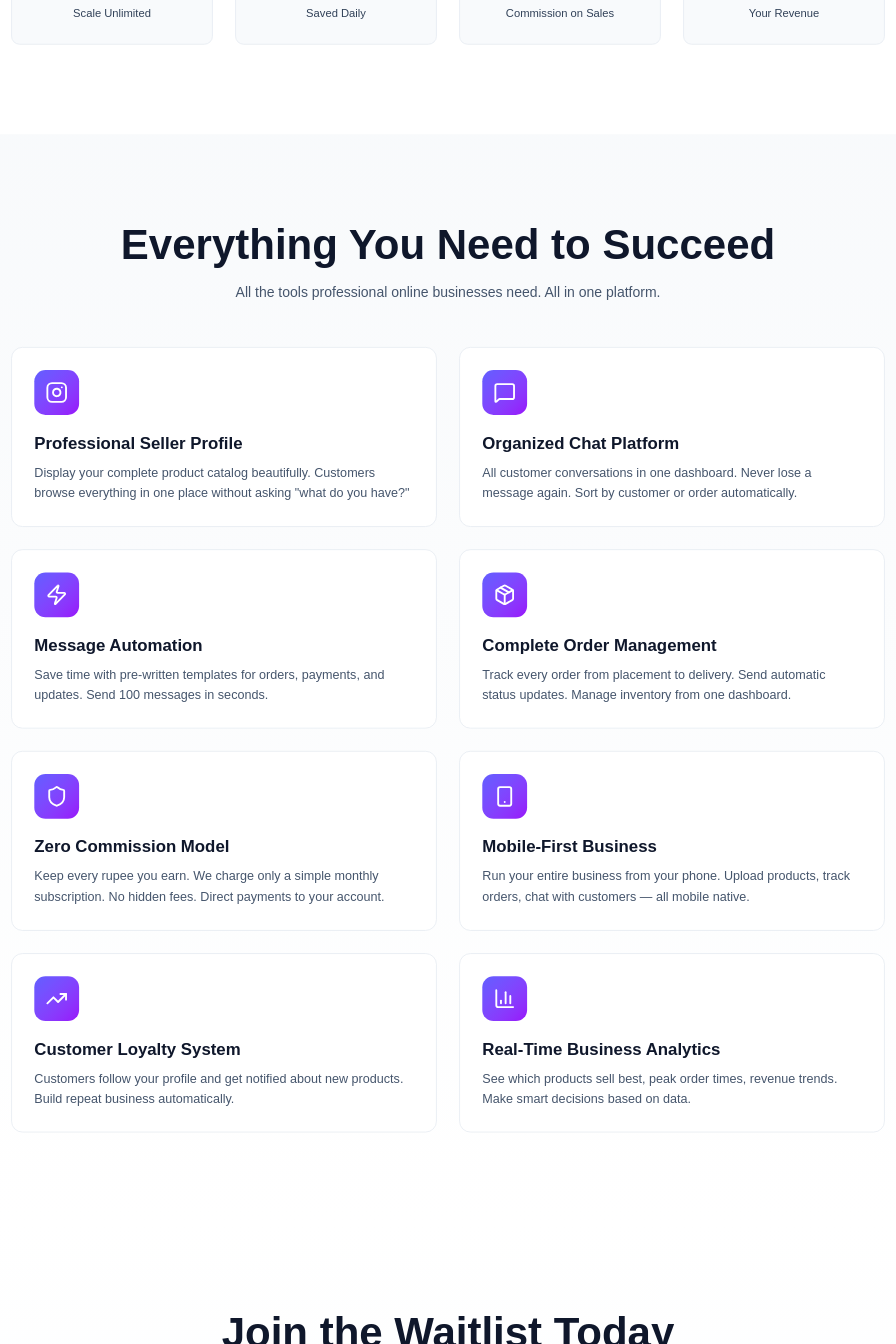
Repository: vikkii2005/asvalue-waitlist
Page: /
An editor plug-in stored every save of this project. The page is shown before and after the next save, followed by the edit.
The browser window is 1280 px wide. The pictures show the part of the page from y = 2364 to 4284 px (the page is 5577 px tall), at 70% of full size.
The page's requests for data from a server got no answer. The project was rebuilt for these pictures with package versions that can differ from the ones it lists, and the page was loaded fresh each time. The framework's server and built-in components were replaced by stand-ins that run in the browser. No one was signed in, and anything a server would have sent is missing. Also part of the build but not shown: next.config.ts, components/ReferralDashboard.tsx.

Above is the page before, as saved 2025-10-31 09:58:56.

### app/layout.tsx
import { Analytics } from '@vercel/analytics/react'
import type { Metadata } from 'next'
import type { ReactNode } from 'react'
import './globals.css'

export const metadata: Metadata = {
  title: 'AsValue - Professional WhatsApp Business Platform',
  description: 'Sell professionally on WhatsApp with automated templates, order tracking, and zero commission. Join the waitlist today.',
  openGraph: {
    title: 'AsValue - Professional WhatsApp Selling',
    description: 'Zero commission WhatsApp selling platform',
    url: 'https://asvalue.com',
  },
}

export default function RootLayout({
  children,
}: {
  children: ReactNode
}) {
  return (
    <html lang="en" suppressHydrationWarning>
      <head>
        <meta charSet="utf-8" />
        <meta name="viewport" content="width=device-width, initial-scale=1" />
      </head>
      <body className="antialiased bg-white text-slate-900">
        {children}
        <Analytics />
      </body>
    </html>
  )
}

### app/page.tsx
import Hero from '@/components/Hero'
import ProblemSolution from '@/components/ProblemSolution'
import Features from '@/components/Features'
import WaitlistForm from '@/components/WaitlistForm'

export default function Home() {
  return (
    <main className="min-h-screen bg-white">
      <Hero />
      <ProblemSolution />
      <Features />
      <WaitlistForm />

      {/* Footer */}
      <footer className="bg-slate-900 text-white py-16 px-4">
        <div className="max-w-6xl mx-auto">
          <div className="grid md:grid-cols-3 gap-12 mb-12">
            <div>
              <h3 className="text-2xl font-bold mb-4 bg-linear-to-r from-indigo-400 to-purple-400 bg-clip-text text-transparent">
                AsValue
              </h3>
              <p className="text-slate-400">
                Professional platform for selling online. Zero commission. Built for your success.
              </p>
            </div>
            <div>
              <h4 className="font-semibold mb-4 text-white">Features</h4>
              <ul className="text-slate-400 space-y-2 text-sm">
                <li>• Seller Profiles</li>
                <li>• Chat Platform</li>
                <li>• Order Management</li>
                <li>• Analytics</li>
              </ul>
            </div>
            <div>
              <h4 className="font-semibold mb-4 text-white">Company</h4>
              <ul className="text-slate-400 space-y-2 text-sm">
                <li>• Privacy Policy</li>
                <li>• Terms of Service</li>
                <li>• Contact Us</li>
              </ul>
            </div>
          </div>
          <div className="border-t border-slate-800 pt-8 text-center">
            <p className="text-slate-500 text-sm">
              © 2025 AsValue. All rights reserved.
            </p>
          </div>
        </div>
      </footer>
    </main>
  )
}

### components/Hero.tsx
'use client'

import { ArrowRight, MessageCircle } from 'lucide-react'

export default function Hero() {
  return (
    <section className="relative min-h-screen flex items-center justify-center bg-linear-to-b from-slate-50 via-white to-slate-50 px-4 py-20 overflow-hidden">
      {/* Background Gradient Orbs */}
      <div className="absolute top-0 left-1/4 w-96 h-96 bg-indigo-200 rounded-full mix-blend-multiply filter blur-3xl opacity-20 animate-blob"></div>
      <div className="absolute top-0 right-1/4 w-96 h-96 bg-purple-200 rounded-full mix-blend-multiply filter blur-3xl opacity-20 animate-blob animation-delay-2000"></div>

      <div className="relative max-w-6xl mx-auto w-full">
        {/* Main Content */}
        <div className="text-center max-w-5xl mx-auto">
          <div className="inline-flex items-center gap-2 bg-indigo-100 px-4 py-2 rounded-full mb-8">
            <MessageCircle className="w-4 h-4 text-indigo-600" />
            <span className="text-sm font-semibold text-indigo-600">Professional Selling Platform</span>
          </div>

          <h1 className="text-6xl md:text-7xl lg:text-8xl font-bold text-slate-900 mb-8 leading-tight">
            Stop Selling Unprofessionally
            <br />
            <span className="bg-linear-to-r from-indigo-600 via-purple-600 to-blue-600 bg-clip-text text-transparent">
              Everywhere
            </span>
          </h1>

          <p className="text-lg md:text-2xl text-slate-600 mb-6 max-w-4xl mx-auto leading-relaxed">
            Whether you're on WhatsApp, Instagram, or Telegram - AsValue gives you one independent platform to sell professionally and keep 100% of your revenue.
          </p>

          <p className="text-lg text-slate-500 mb-12 max-w-3xl mx-auto">
            Built for online sellers everywhere who are tired of scattered messages and unprofessional sales.
          </p>

          {/* CTA Buttons */}
          <div className="flex flex-col sm:flex-row items-center justify-center gap-4 mb-16">
            <button
              onClick={() => document.getElementById('waitlist-form')?.scrollIntoView({ behavior: 'smooth' })}
              className="group bg-indigo-600 hover:bg-indigo-700 text-white px-10 py-5 rounded-xl font-semibold text-lg flex items-center gap-2 transition-all shadow-lg hover:shadow-xl transform hover:scale-105"
            >
              Join Waitlist Now
              <ArrowRight className="w-5 h-5 group-hover:translate-x-1 transition-transform" />
            </button>
            <button
              onClick={() => document.getElementById('problems')?.scrollIntoView({ behavior: 'smooth' })}
              className="bg-white hover:bg-slate-50 text-slate-700 border-2 border-slate-300 px-10 py-5 rounded-xl font-semibold text-lg transition-all shadow-sm hover:shadow-md"
            >
              See Why It Works
            </button>
          </div>

          {/* Trust Indicators */}
          <div className="flex flex-col sm:flex-row items-center justify-center gap-6 text-sm text-slate-600">
            <div className="flex items-center gap-2">
              <div className="w-2 h-2 bg-green-500 rounded-full"></div>
              <span>No Credit Card Needed</span>
            </div>
            <div className="flex items-center gap-2">
              <div className="w-2 h-2 bg-green-500 rounded-full"></div>
              <span>Free to Join Waitlist</span>
            </div>
            <div className="flex items-center gap-2">
              <div className="w-2 h-2 bg-green-500 rounded-full"></div>
              <span>Early Member Exclusive Benefits</span>
            </div>
          </div>
        </div>
      </div>
    </section>
  )
}

### components/ProblemSolution.tsx
import { AlertCircle, CheckCircle2 } from 'lucide-react'

const problems = [
  {
    problem: 'Customers scattered across WhatsApp, Instagram, Telegram',
    solution: 'One centralized independent platform for all your customers'
  },
  {
    problem: 'Unprofessional image when selling in DMs and comments',
    solution: 'Professional seller profile that builds trust instantly'
  },
  {
    problem: 'Products lost in message chaos - no real catalog',
    solution: 'Professional product catalog customers actually browse'
  },
  {
    problem: 'Payment platforms take 2-5% commission per sale',
    solution: 'Direct payments to your account - zero commission'
  },
  {
    problem: 'No way to track orders or manage inventory across platforms',
    solution: 'Complete dashboard for inventory and order management'
  },
  {
    problem: 'Customers asking same questions repeatedly',
    solution: 'Automated templates save hours and scale your sales'
  }
]

export default function ProblemSolution() {
  return (
    <section id="problems" className="py-32 px-4 bg-white">
      <div className="max-w-7xl mx-auto">
        <div className="text-center mb-16">
          <h2 className="text-5xl md:text-6xl font-bold text-slate-900 mb-6">
            Social Sellers Face Real Challenges
          </h2>
          <p className="text-xl text-slate-600 max-w-3xl mx-auto">
            Selling on WhatsApp, Instagram, or Telegram is limiting. AsValue solves these exact problems.
          </p>
        </div>

        <div className="space-y-6">
          {problems.map((item, index) => (
            <div
              key={index}
              className="grid md:grid-cols-2 gap-8 bg-gradient-to-r from-slate-50 to-slate-100 rounded-2xl p-8 border border-slate-200 hover:border-indigo-300 hover:shadow-lg transition-all"
            >
              {/* Problem */}
              <div className="flex gap-4">
                <div className="shrink-0 pt-1">
                  <div className="w-12 h-12 bg-red-100 rounded-xl flex items-center justify-center">
                    <AlertCircle className="w-6 h-6 text-red-600" />
                  </div>
                </div>
                <div>
                  <p className="font-semibold text-slate-900 text-lg mb-2">The Problem</p>
                  <p className="text-slate-700 text-base leading-relaxed">{item.problem}</p>
                </div>
              </div>

              {/* Solution */}
              <div className="flex gap-4">
                <div className="shrink-0 pt-1">
                  <div className="w-12 h-12 bg-green-100 rounded-xl flex items-center justify-center">
                    <CheckCircle2 className="w-6 h-6 text-green-600" />
                  </div>
                </div>
                <div>
                  <p className="font-semibold text-indigo-600 text-lg mb-2">AsValue Solution</p>
                  <p className="text-slate-700 text-base leading-relaxed">{item.solution}</p>
                </div>
              </div>
            </div>
          ))}
        </div>

        {/* Stats */}
        <div className="grid grid-cols-1 md:grid-cols-4 gap-8 mt-20">
          <div className="text-center p-8 bg-slate-50 rounded-xl border border-slate-200">
            <div className="text-5xl font-bold text-indigo-600 mb-2">∞</div>
            <div className="text-slate-700 font-medium">Scale Unlimited</div>
          </div>
          <div className="text-center p-8 bg-slate-50 rounded-xl border border-slate-200">
            <div className="text-5xl font-bold text-indigo-600 mb-2">5hrs</div>
            <div className="text-slate-700 font-medium">Saved Daily</div>
          </div>
          <div className="text-center p-8 bg-slate-50 rounded-xl border border-slate-200">
            <div className="text-5xl font-bold text-indigo-600 mb-2">0%</div>
            <div className="text-slate-700 font-medium">Commission on Sales</div>
          </div>
          <div className="text-center p-8 bg-slate-50 rounded-xl border border-slate-200">
            <div className="text-5xl font-bold text-indigo-600 mb-2">100%</div>
            <div className="text-slate-700 font-medium">Your Revenue</div>
          </div>
        </div>
      </div>
    </section>
  )
}

### components/Features.tsx
import { Instagram, MessageSquare, Zap, Package, Shield, Smartphone, TrendingUp, BarChart3 } from 'lucide-react'

const features = [
  {
    icon: Instagram,
    title: 'Professional Seller Profile',
    description: 'Display your complete product catalog beautifully. Customers browse everything in one place without asking "what do you have?"'
  },
  {
    icon: MessageSquare,
    title: 'Organized Chat Platform',
    description: 'All customer conversations in one dashboard. Never lose a message again. Sort by customer or order automatically.'
  },
  {
    icon: Zap,
    title: 'Message Automation',
    description: 'Save time with pre-written templates for orders, payments, and updates. Send 100 messages in seconds.'
  },
  {
    icon: Package,
    title: 'Complete Order Management',
    description: 'Track every order from placement to delivery. Send automatic status updates. Manage inventory from one dashboard.'
  },
  {
    icon: Shield,
    title: 'Zero Commission Model',
    description: 'Keep every rupee you earn. We charge only a simple monthly subscription. No hidden fees. Direct payments to your account.'
  },
  {
    icon: Smartphone,
    title: 'Mobile-First Business',
    description: 'Run your entire business from your phone. Upload products, track orders, chat with customers — all mobile native.'
  },
  {
    icon: TrendingUp,
    title: 'Customer Loyalty System',
    description: 'Customers follow your profile and get notified about new products. Build repeat business automatically.'
  },
  {
    icon: BarChart3,
    title: 'Real-Time Business Analytics',
    description: 'See which products sell best, peak order times, revenue trends. Make smart decisions based on data.'
  }
]

export default function Features() {
  return (
    <section id="features" className="py-32 px-4 bg-linear-to-b from-slate-50 to-white">
      <div className="max-w-7xl mx-auto">
        <div className="text-center mb-16">
          <h2 className="text-5xl md:text-6xl font-bold text-slate-900 mb-6">
            Everything You Need to Succeed
          </h2>
          <p className="text-xl text-slate-600 max-w-3xl mx-auto">
            All the tools professional online businesses need. All in one platform.
          </p>
        </div>

        <div className="grid md:grid-cols-2 gap-8">
          {features.map((feature, index) => (
            <div
              key={index}
              className="bg-white p-8 rounded-2xl border border-slate-200 hover:border-indigo-300 hover:shadow-xl transition-all group"
            >
              <div className="shrink-0 mb-6">
                <div className="w-16 h-16 bg-linear-to-br from-indigo-500 to-purple-600 rounded-2xl flex items-center justify-center group-hover:scale-110 transition-transform">
                  <feature.icon className="w-8 h-8 text-white" />
                </div>
              </div>
              <h3 className="text-2xl font-bold text-slate-900 mb-3">{feature.title}</h3>
              <p className="text-slate-600 text-lg leading-relaxed">{feature.description}</p>
            </div>
          ))}
        </div>
      </div>
    </section>
  )
}

### lib/supabase.ts
import { createClient, SupabaseClient } from '@supabase/supabase-js'

const supabaseUrl = process.env.NEXT_PUBLIC_SUPABASE_URL
const supabaseAnonKey = process.env.NEXT_PUBLIC_SUPABASE_ANON_KEY

// Properly typed Supabase client
const supabase: SupabaseClient | null =
  typeof window !== 'undefined' && supabaseUrl && supabaseAnonKey
    ? createClient(supabaseUrl, supabaseAnonKey)
    : null

export { supabase }

Loaded but not shown: app/globals.css (common file); components/WaitlistForm.tsx (235 lines, source omitted)

After the next save:
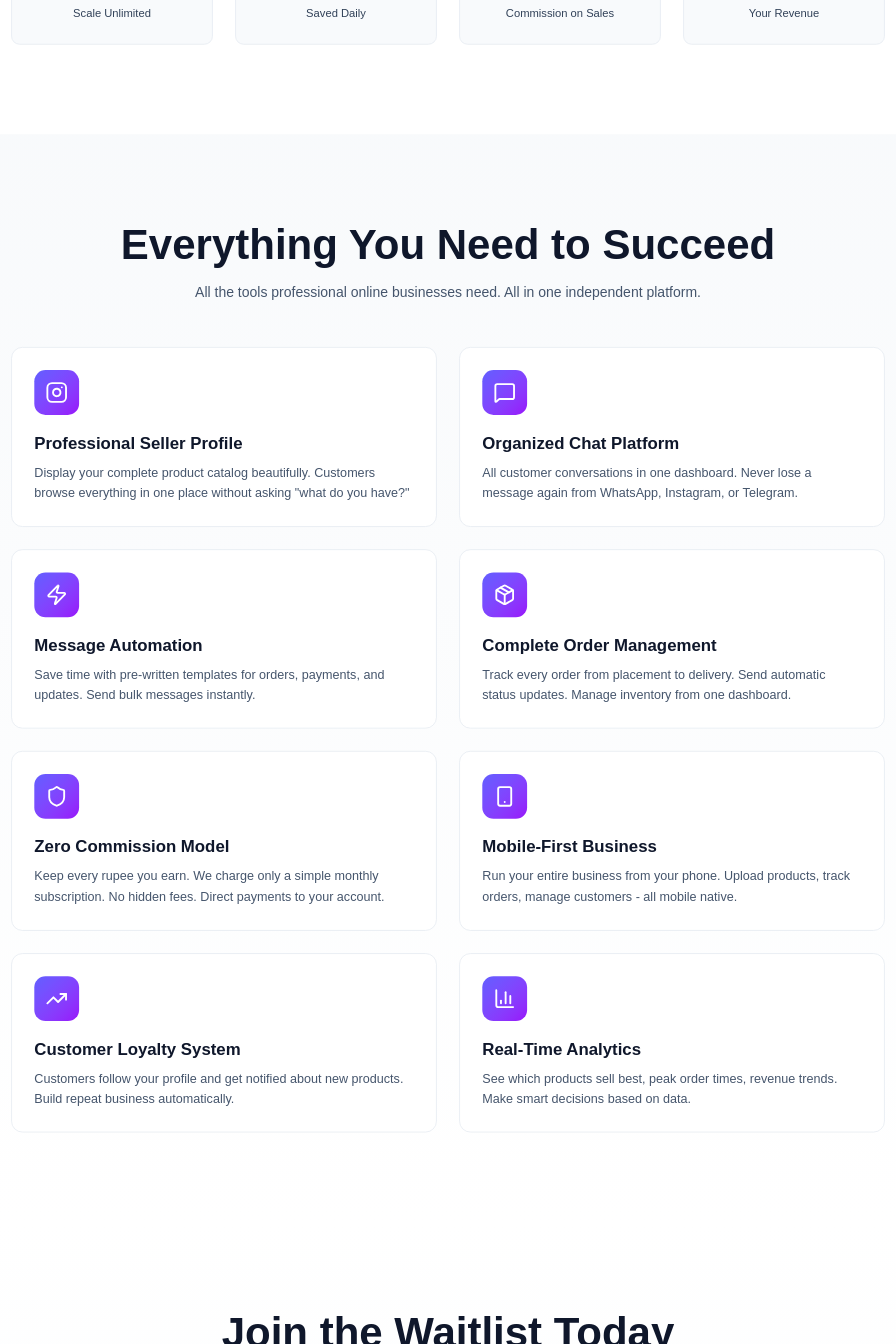
Saved 9 s later.
--- a/components/Features.tsx
+++ b/components/Features.tsx
@@ -9,12 +9,12 @@
   {
     icon: MessageSquare,
     title: 'Organized Chat Platform',
-    description: 'All customer conversations in one dashboard. Never lose a message again. Sort by customer or order automatically.'
+    description: 'All customer conversations in one dashboard. Never lose a message again from WhatsApp, Instagram, or Telegram.'
   },
   {
     icon: Zap,
     title: 'Message Automation',
-    description: 'Save time with pre-written templates for orders, payments, and updates. Send 100 messages in seconds.'
+    description: 'Save time with pre-written templates for orders, payments, and updates. Send bulk messages instantly.'
   },
   {
     icon: Package,
@@ -29,7 +29,7 @@
   {
     icon: Smartphone,
     title: 'Mobile-First Business',
-    description: 'Run your entire business from your phone. Upload products, track orders, chat with customers — all mobile native.'
+    description: 'Run your entire business from your phone. Upload products, track orders, manage customers - all mobile native.'
   },
   {
     icon: TrendingUp,
@@ -38,7 +38,7 @@
   },
   {
     icon: BarChart3,
-    title: 'Real-Time Business Analytics',
+    title: 'Real-Time Analytics',
     description: 'See which products sell best, peak order times, revenue trends. Make smart decisions based on data.'
   }
 ]
@@ -52,7 +52,7 @@
             Everything You Need to Succeed
           </h2>
           <p className="text-xl text-slate-600 max-w-3xl mx-auto">
-            All the tools professional online businesses need. All in one platform.
+            All the tools professional online businesses need. All in one independent platform.
           </p>
         </div>
 
